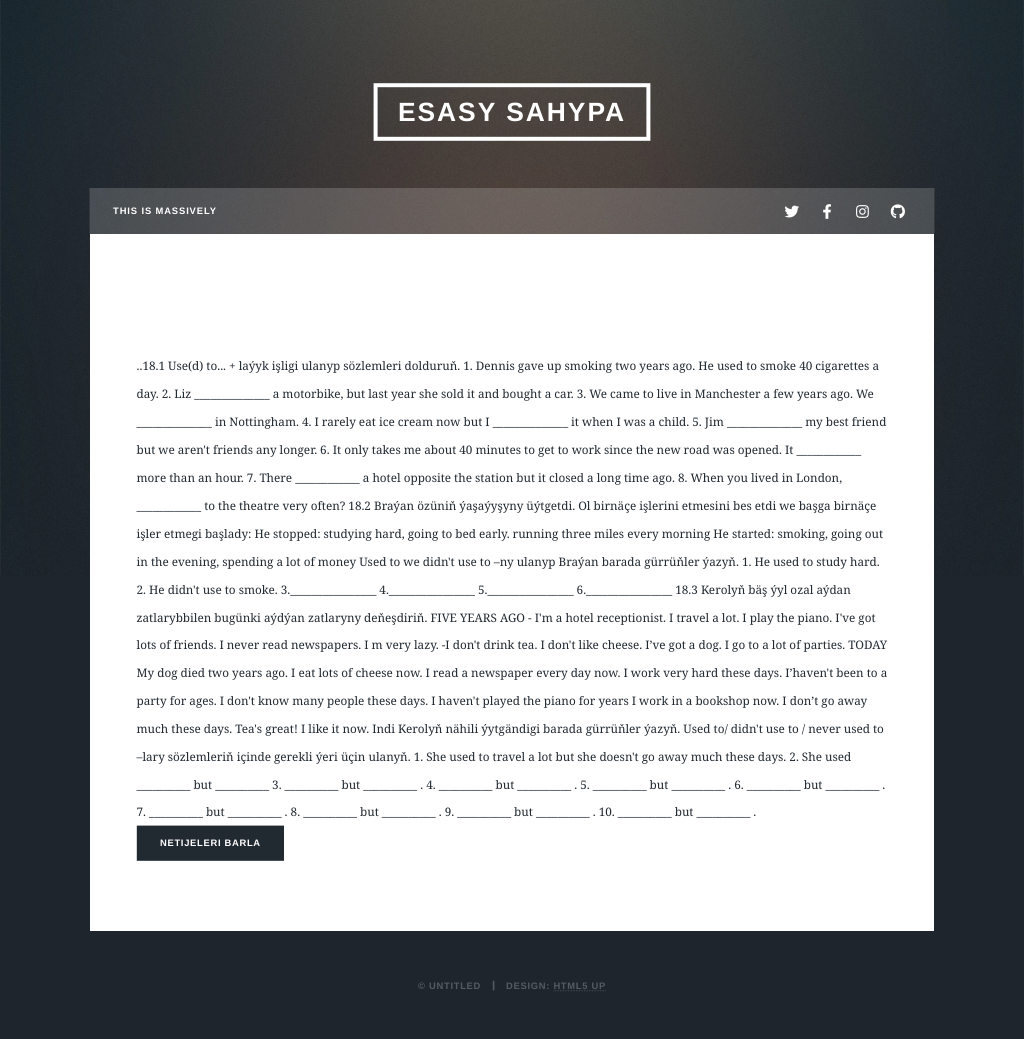
Repository: Sahet-dev/English-grammar-app
Page: test/test_unit _18.html
The author's editor kept a copy of each file at every save. The page is drawn from the files as they stood at one save, then again after the next save.
The browser window is 1280 px wide. The pictures show the whole page, at 80% of full size.
Some web fonts or font styles are not loaded; a fallback is used.

Above is the page before, as saved 2022-06-24 14:51:04.

### test/test_unit _18.html
<!DOCTYPE HTML>
<!--
	Massively by HTML5 UP
	html5up.net | @ajlkn
	Free for personal and commercial use under the CCA 3.0 license (html5up.net/license)
-->
<html>
	<head>
		<title>Test </title>
		<meta charset="utf-8" />
		<meta name="viewport" content="width=device-width, initial-scale=1, user-scalable=no" />
		<link rel="stylesheet" href="../assets/css/test.css" />
		<noscript><link rel="stylesheet" href="../assets/css/noscript.css" /></noscript>
	</head>
	<body class="is-preload">

		<!-- Wrapper -->
			<div id="wrapper">

				<!-- Header -->
					<header id="header">
						<a href="index.html" class="logo">Esasy Sahypa</a>
					</header>

				<!-- Nav -->
					<nav id="nav">
						<ul class="links">
							<li><a href="units/.html">This is Massively</a></li>

						</ul>
						<ul class="icons">
							<li><a href="#" class="icon brands fa-twitter"><span class="label">Twitter</span></a></li>
							<li><a href="#" class="icon brands fa-facebook-f"><span class="label">Facebook</span></a></li>
							<li><a href="#" class="icon brands fa-instagram"><span class="label">Instagram</span></a></li>
							<li><a href="#" class="icon brands fa-github"><span class="label">GitHub</span></a></li>
						</ul>
					</nav>

				<!-- Main -->
					<div id="main">

						<!-- Post -->
							<section class="post">
								<header class="major">
									<h2>


									</h2>
								</header>

								<!-- Text stuff -->

									<p>
										<form action="results-unit-1.php" method="post">


														..18.1

														Use(d) to... + laýyk işligi ulanyp sözlemleri dolduruň.

														1. Dennis gave up smoking two years ago. He
														used to smoke 40 cigarettes a day.

														2. Liz ______________ a motorbike, but last year she
														sold it and bought a car.

														3. We came to live in Manchester a few years
														ago. We  ______________  in Nottingham.

														4. I rarely eat ice cream now but I  ______________  it
														when I was a child.

														5. Jim ______________  my best friend but we aren't friends any longer.

														6. It only takes me about 40 minutes to get
														to work since the new road was opened.
														It ____________ more than an hour.

														7. There ____________  a hotel opposite the station
														but it closed a long time ago.

														8. When you lived in London, ____________  to the
														theatre very often?

														18.2


														Braýan özüniň ýaşaýyşyny üýtgetdi. Ol birnäçe işlerini etmesini bes etdi we başga birnäçe işler etmegi başlady:

														He stopped: studying hard, going to bed early.
														running three miles every morning
														He started: smoking, going out in the
														evening, spending a lot of money

														Used to we didn't use to –ny ulanyp Braýan barada gürrüňler ýazyň.

														1. He used to study hard.

														2. He didn't use to smoke.
														3.________________

														4.________________

														5.________________

														6.________________

														18.3

														Kerolyň bäş ýyl ozal aýdan zatlarybbilen bugünki aýdýan zatlaryny deňeşdiriň.

														FIVE YEARS AGO

														- I'm a hotel receptionist.

														I travel a lot.

														I play the piano.

														I've got lots of friends.

														I never read newspapers.


														I m very lazy.

														-I don't drink tea.

														I don't like cheese.

														I’ve got a dog.

														I go to a lot of parties.

														TODAY

														My dog died two years ago.

														I eat lots of cheese now.


														I read a newspaper every day now.


														I work very hard these days.

														I’haven't been to a party for ages.

														I don't know many people these days.


														I haven't played the piano for years


														I work in a bookshop now.


														I don’t go away much these days.


														Tea's great! I like it now.

														Indi Kerolyň nähili ýytgändigi barada gürrüňler ýazyň.
														 Used to/ didn't use to / never
														used to –lary sözlemleriň içinde gerekli ýeri üçin ulanyň.



														1. She used to travel a lot but she doesn't go away much these days.

														2. She used __________ but  __________

														3. __________          but __________          .

														4. __________           but __________          .

														5. __________          but __________          .

														6. __________          but __________          .

														7. __________          but __________          .

														8. __________          but __________          .

														9. __________          but __________          .

														10. __________           but __________          .


											        <button class="button primary" type="submit">Netijeleri barla</button>
										</form>



									</p>


							</section>

					</div>


				<!-- Copyright -->
					<div id="copyright">
						<ul><li>&copy; Untitled</li><li>Design: <a href="https://html5up.net">HTML5 UP</a></li></ul>
					</div>

			</div>

		<!-- Scripts -->
			<script src="assets/js/jquery.min.js"></script>
			<script src="assets/js/jquery.scrollex.min.js"></script>
			<script src="assets/js/jquery.scrolly.min.js"></script>
			<script src="assets/js/browser.min.js"></script>
			<script src="assets/js/breakpoints.min.js"></script>
			<script src="assets/js/util.js"></script>
			<script src="assets/js/main.js"></script>

	</body>
</html>

Loaded but not shown: assets/js/jquery.min.js (library); assets/js/jquery.scrollex.min.js (common file); assets/js/jquery.scrolly.min.js (common file); assets/js/browser.min.js (common file); assets/js/breakpoints.min.js (common file); assets/css/fontawesome-all.min.css (library); assets/js/util.js (587 lines, source omitted); assets/js/main.js (258 lines, source omitted); assets/css/test.css (4689 lines, source omitted)

After the next save:
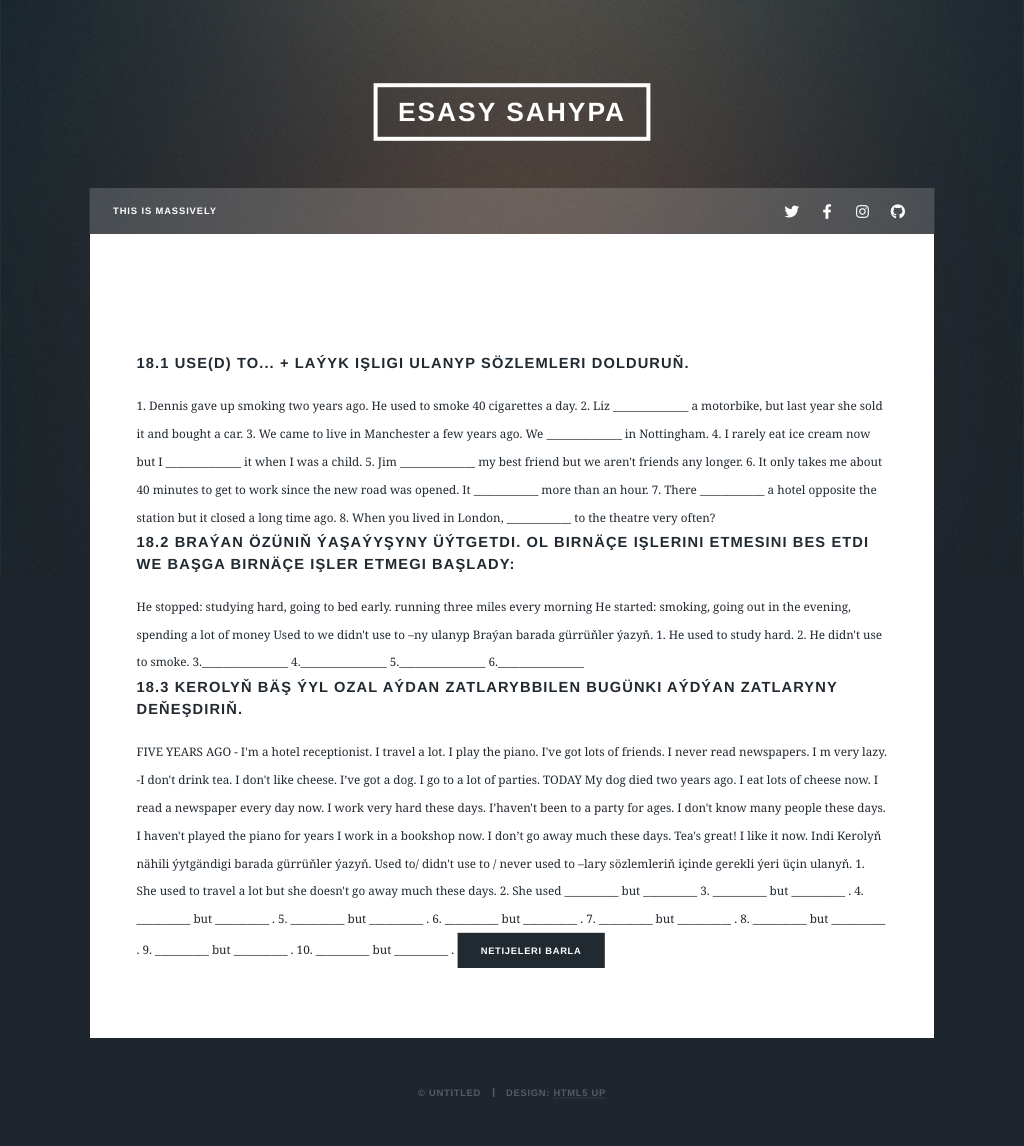
Saved 68 s later.
--- a/test/test_unit _18.html
+++ b/test/test_unit _18.html
@@ -54,10 +54,10 @@
 										<form action="results-unit-1.php" method="post">
 
 
-														..18.1
+										<h3>18.1
 
 														Use(d) to... + laýyk işligi ulanyp sözlemleri dolduruň.
-
+													</h3>
 														1. Dennis gave up smoking two years ago. He
 														used to smoke 40 cigarettes a day.
 
@@ -82,11 +82,11 @@
 														8. When you lived in London, ____________  to the
 														theatre very often?
 
-														18.2
+													<h3>18.2
 
 
 														Braýan özüniň ýaşaýyşyny üýtgetdi. Ol birnäçe işlerini etmesini bes etdi we başga birnäçe işler etmegi başlady:
-
+													</h3>
 														He stopped: studying hard, going to bed early.
 														running three miles every morning
 														He started: smoking, going out in the
@@ -105,10 +105,10 @@
 
 														6.________________
 
-														18.3
+													<h3>18.3
 
 														Kerolyň bäş ýyl ozal aýdan zatlarybbilen bugünki aýdýan zatlaryny deňeşdiriň.
-
+													</h3>
 														FIVE YEARS AGO
 
 														- I'm a hotel receptionist.
